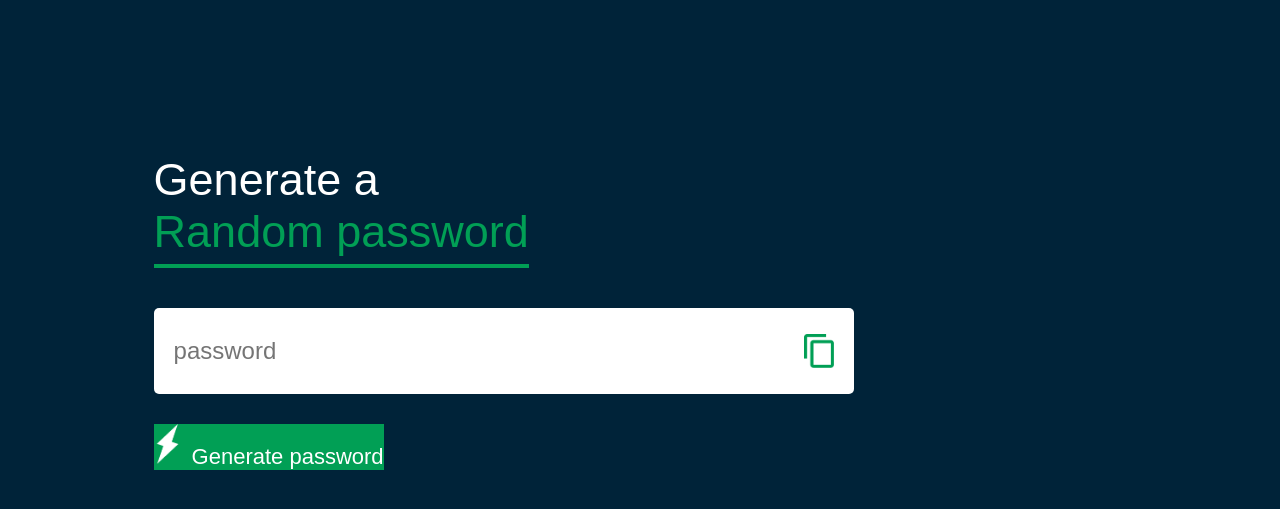
Repository: YAAMAR/password-generator
Page: Random password/index.html
An editor plug-in stored every save of this project. The page is shown before and after a run of saves, followed by the edit.
The browser window is 1280 px wide. The pictures show the whole page.

Above is the page before, as saved 2024-05-02 19:15:18.

### Random password/index.html
<!DOCTYPE html>
<html lang="en">
<head>
    <meta charset="UTF-8">
    <meta name="viewport" content="width=device-width, initial-scale=1.0">
    <title>Random Password Generator-Easy Tutorials</title>
    <link rel="stylesheet" href="style.css">
</head>
<body>
    <div class="container">

        <h1>Generate a <br> <span>Random password</span></h1>
        <div class="display">

            <input type="text" id="password" placeholder="password">
            <img src="images/copy.png">
        </div>
        <button> <img src="images/generate.png">Generate password</button>
    </div>
</body>
</html>

### Random password/style.css
*{
    margin: 0;
    padding: 0;
    font-family: 'poppins',sans-serif;
    box-sizing: border-box;
}
body{
    background: #002339;
    color: #fff;
}
.container{
    margin: 12%;
    width: 90%;
    max-width: 700px;
}
.display{
    width: 100%;
    margin-top: 50px;
    margin-bottom: 30px;
    background:#fff ;
color: #fff;
display: flex;
align-items: center;
justify-content: space-between;
padding: 26px 20px;
border-radius: 5px;
}
.container h1{
    font-weight: 500;
    font-size: 45px;
}
.container h1 span{
    color: #019f55;
    border-bottom:4px solid #019f55 ;
    padding-bottom:7px ;

}
.display img{
    width: 30px;
    cursor: pointer;
}
.display input{
    border: 0;
    outline: 0;
    font-size: 24px;
}
.container button img{
    width: 28px;
    margin-right: 10px;

}
.container button{
    border: 0;
    outline: 0;
    background: #019f55;
    color: #fff;
    font-size: 22px;
    font-weight: 300;
    display: ;
}

After the next 6 saves:
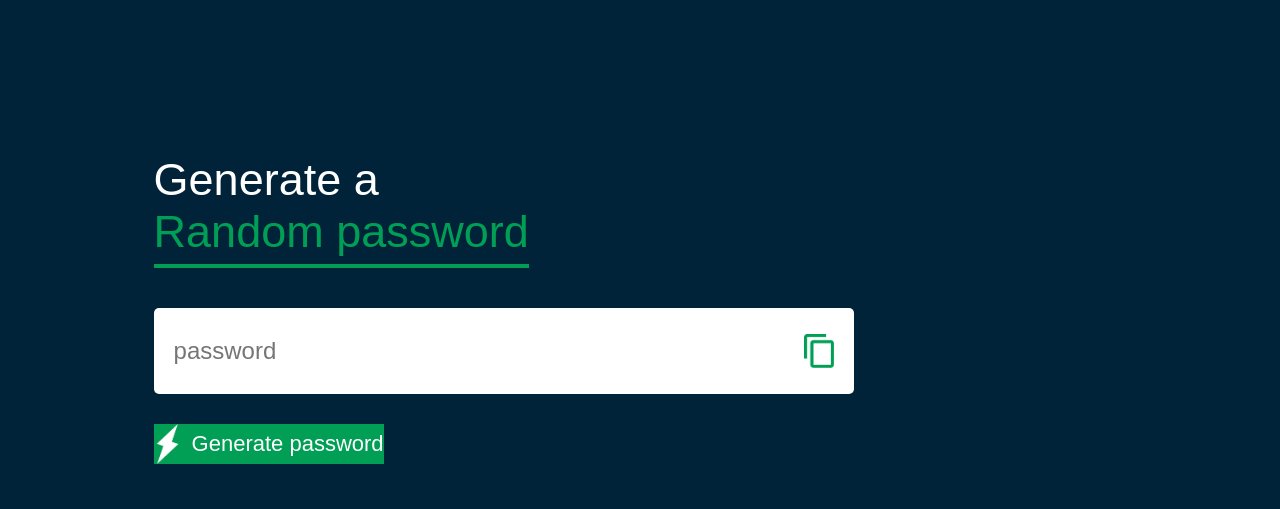
The 6 saves are shown as one change because they came seconds apart.
The last was saved 15 s later.
--- a/Random password/style.css
+++ b/Random password/style.css
@@ -56,5 +56,6 @@ border-radius: 5px;
     color: #fff;
     font-size: 22px;
     font-weight: 300;
-    display: ;
+    display: flex;
+    align-items: center;
 }
